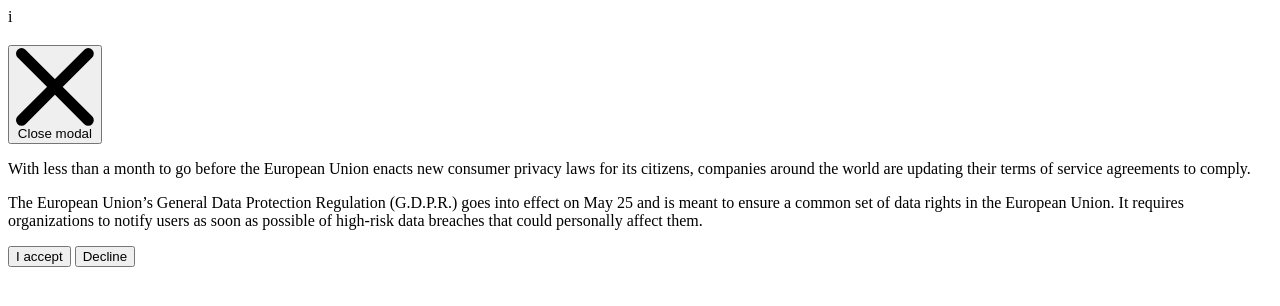
Repository: Saquib45/Manage-Contact
Page: src/main/resources/templates/user/contact_modals.html
The author's editor kept a copy of each file at every save. The page is drawn from the files as they stood at one save, then again after the next save.
The browser window is 1280 px wide. The pictures show the whole page.

Above is the page before, as saved 2025-03-23 16:42:53.

After the next save:
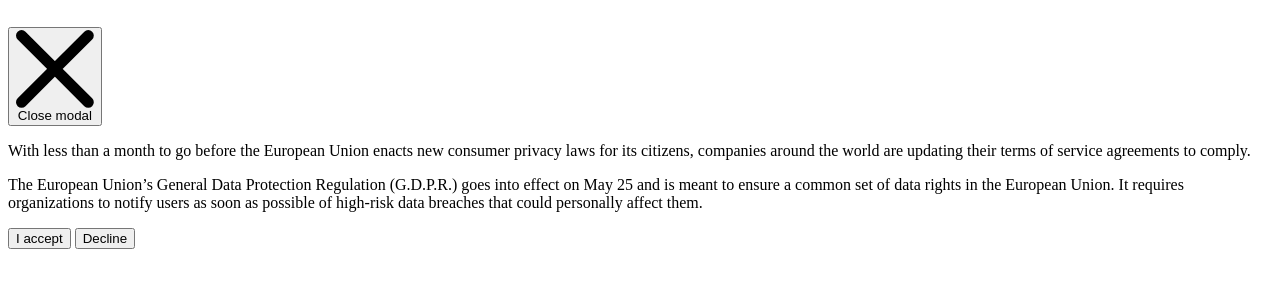
Saved 4 s later.
--- a/src/main/resources/templates/user/contact_modals.html
+++ b/src/main/resources/templates/user/contact_modals.html
@@ -17,7 +17,7 @@
         >
         <div class=""></div>
         <div class="p-5 flex flex-col justify-center items-center space-y-2">
-          i
+          <img src="" alt="">
         </div>
 
           <div>
